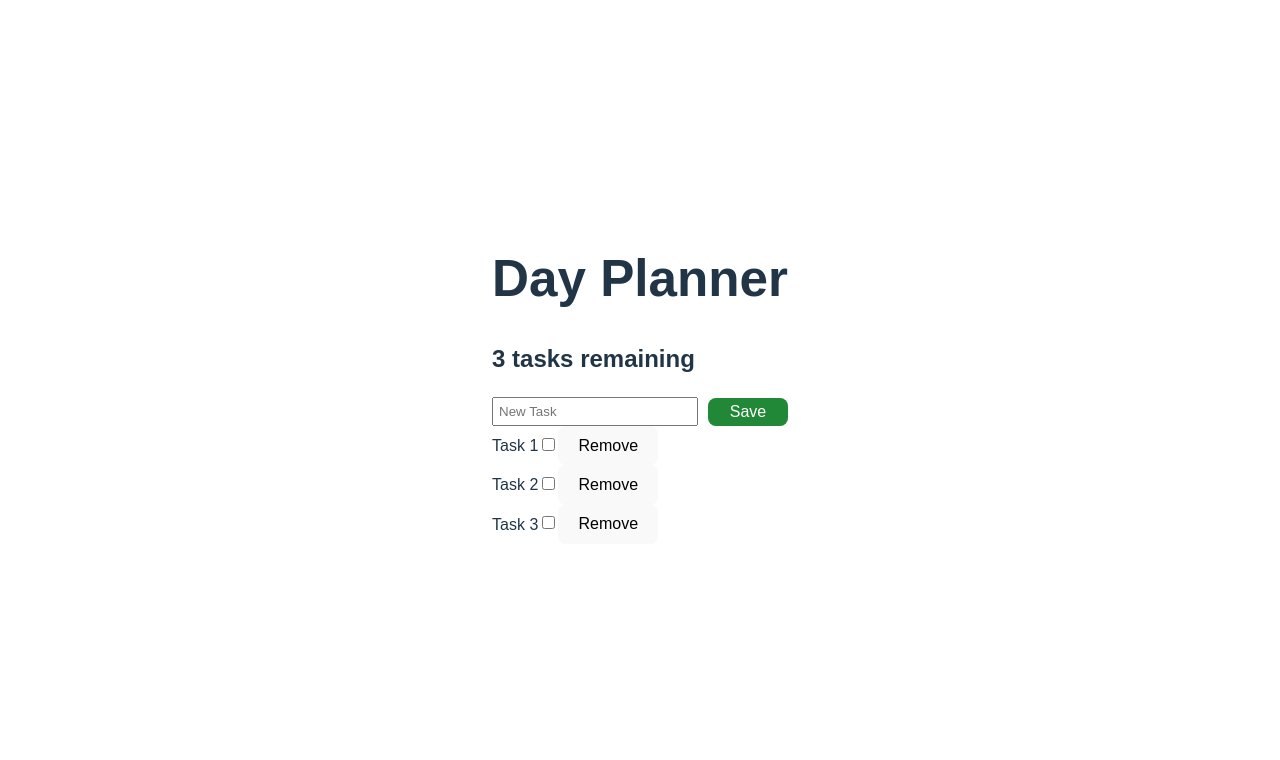
Repository: GavinPahal/lab5
Page: /
The author's editor kept a copy of each file at every save. The page is drawn from the files as they stood at one save, then again after the next save.
The browser window is 1280 px wide. The pictures show the whole page.
The pointer rests on the first visible `button.save`.
The project was rebuilt for these pictures with package versions that can differ from the ones it lists, and the page was loaded fresh each time. Also part of the build but not shown: vite.config.js.

Above is the page before, as saved 2024-10-11 18:03:59.

### src/App.jsx
// src/App.jsx
import React, { useState } from 'react';
import Header from '../components/Header';
import TaskForm from '../components/TaskForm';
import TaskList from '../components/TaskList';
import './App.css';

function App() {
  const [tasks, setTasks] = useState([
    { id: 1, name: "Task 1", isCompleted: false },
    { id: 2, name: "Task 2", isCompleted: false },
    { id: 3, name: "Task 3", isCompleted: false },
  ]);

  const addTask = (name) => {
    setTasks([...tasks, { id: Date.now(), name, isCompleted: false }]);
  };

  const toggleComplete = (id) => {
    setTasks(
      tasks.map((task) =>
        task.id === id ? { ...task, isCompleted: !task.isCompleted } : task
      )
    );
  };

  const deleteTask = (id) => {
    setTasks(tasks.filter((task) => task.id !== id));
  };

  const pendingTasksCount = tasks.filter((task) => !task.isCompleted).length;

  return (
    <div className="app">
      <Header pendingTasksCount={pendingTasksCount} />
      <TaskForm addTask={addTask} />
      <TaskList
        tasks={tasks}
        toggleComplete={toggleComplete}
        deleteTask={deleteTask}
      />
    </div>
  );
}

export default App;

### components/Header.jsx
// components/Header.jsx
import React from 'react';

function Header({ pendingTasksCount }) {
  return (
    <header>
      <h1>Day Planner</h1>
      <h2>{pendingTasksCount} tasks remaining</h2>
    </header>
  );
}

export default Header;

### components/TaskForm.jsx
// components/TaskForm.jsx
import React, { useState } from 'react';

function TaskForm({ addTask }) {
  const [taskName, setTaskName] = useState('');

  const handleSubmit = (e) => {
    e.preventDefault();
    if (taskName.trim() !== '') {
      addTask(taskName);
      setTaskName('');
    }
  };

  return (
    <form onSubmit={handleSubmit} style={{ display: 'flex', alignItems: 'center', width: '100%' }}>
      <input
        type="text"
        placeholder="New Task"
        value={taskName}
        onChange={(e) => setTaskName(e.target.value)}
        style={{
          flex: 1, // Take remaining space
          marginRight: '10px', // Space between input and button
          padding: '5px', // Padding for the input
        }}
      />
      <button type="submit" className="save" style={{ width: '80px', padding: '5px' }}>
        Save
      </button>
    </form>
  );
}

export default TaskForm;

### components/TaskList.jsx
// components/TaskList.jsx
import React from 'react';
import Task from './Task';

function TaskList({ tasks, toggleComplete, deleteTask }) {
  return (
    <div>
      {tasks.map((task) => (
        <Task
          key={task.id}
          task={task}
          toggleComplete={toggleComplete}
          deleteTask={deleteTask}
        />
      ))}
    </div>
  );
}

export default TaskList;

### src/App.css
/* src/App.css */
body {
  font-family: sans-serif;
  margin: 0;
  padding: 20px;
  display: flex; /* Use Flexbox for centering */
  justify-content: center; /* Center horizontally */
  align-items: center; /* Center vertically */
  height: 100vh; /* Full height for vertical centering */
}

.app {
  background-color: #fff;
  padding: 10px;
  border-radius: 5px; /* Keep this if you want rounded corners */
}

button.save {
  background-color: #28a745; /* Green color */
  color: white;
  border: none;
  cursor: pointer;
}

button.save:hover {
  background-color: #218838; /* Darker green on hover */
}

### components/Task.jsx
// components/Task.jsx
import React from 'react';

function Task({ task, toggleComplete, deleteTask }) {
  return (
    <div className={`task ${task.isCompleted ? 'completed' : ''}`}>
      <span>{task.name}</span>
      <input
        type="checkbox"
        checked={task.isCompleted}
        onChange={() => toggleComplete(task.id)}
      />
      <button onClick={() => deleteTask(task.id)} className="remove">Remove</button>
    </div>
  );
}

export default Task;

Loaded but not shown: index.html (common file); src/main.jsx (common file); src/index.css (common file)

After the next save:
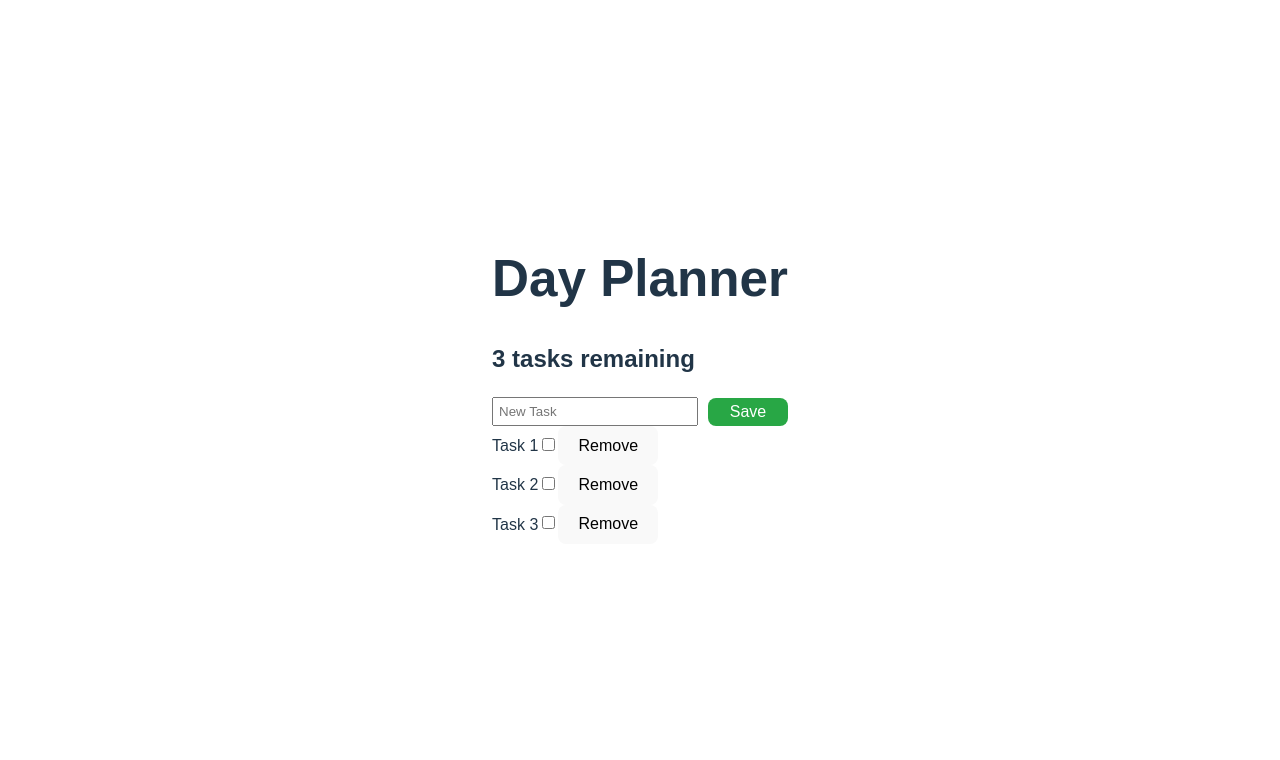
Saved 18 s later.
--- a/src/App.css
+++ b/src/App.css
@@ -21,7 +21,3 @@ button.save {
   border: none;
   cursor: pointer;
 }
-
-button.save:hover {
-  background-color: #218838; /* Darker green on hover */
-}

After the save that followed:
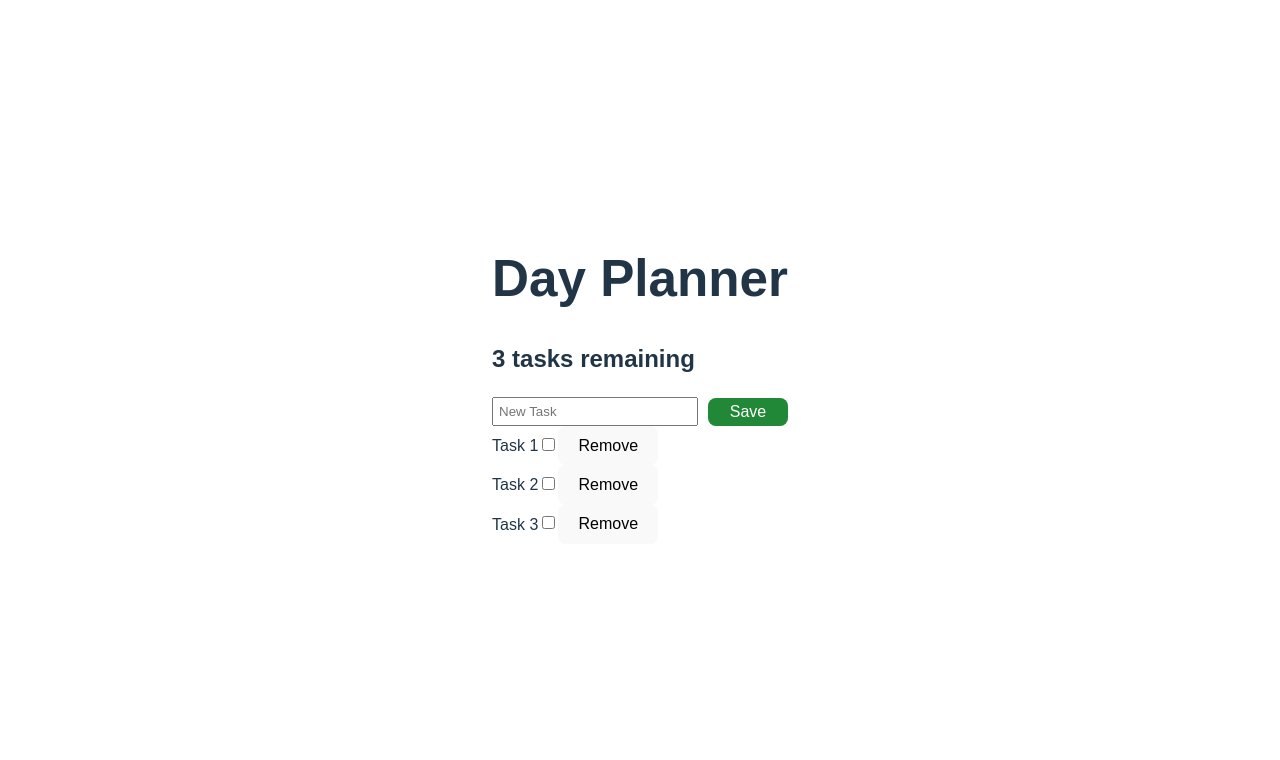
Saved 10 s later.
--- a/src/App.css
+++ b/src/App.css
@@ -21,3 +21,7 @@ button.save {
   border: none;
   cursor: pointer;
 }
+
+button.save:hover {
+  background-color: #218838; /* Darker green on hover */
+}
